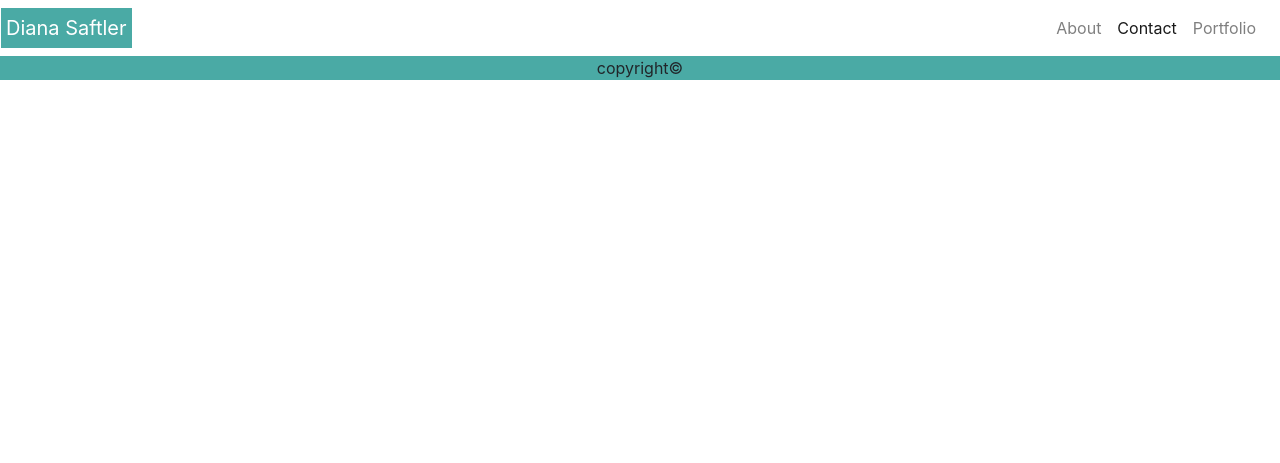
Repository: dsaftler/Bootstrap-Portfolio
Page: contact.html
The author's editor kept a copy of each file at every save. The page is drawn from the files as they stood at one save, then again after the next save.
The browser window is 1280 px wide. The pictures show the whole page.

Above is the page before, as saved 2019-03-21 00:53:19.

### contact.html
<!DOCTYPE html>
<html lang="en">
<head>
  <meta charset="UTF-8">
  <meta name="viewport" content="width=device-width, initial-scale=1.0">
  <meta http-equiv="X-UA-Compatible" content="ie=edge">
  <link rel="stylesheet" href="https://stackpath.bootstrapcdn.com/bootstrap/4.1.3/css/bootstrap.min.css" integrity="sha384-MCw98/SFnGE8fJT3GXwEOngsV7Zt27NXFoaoApmYm81iuXoPkFOJwJ8ERdknLPMO" crossorigin="anonymous">
  <link rel="icon" href="assets/images/Peony.jpg" type="image/jpg" sizes="16x16">
  <title>Contact</title>
</head>
<body>
    <nav class="navbar navbar-expand-lg navbar-light" >
        <a class="navbar-brand"  style="background-color: #4aaaa5; color: white; padding-right: 5px; padding-left: 5px; margin-left: -15px" href="#"> Diana Saftler </a>
        <button class="navbar-toggler" type="button" data-toggle="collapse" data-target="#navbarSupportedContent" aria-controls="navbarSupportedContent" aria-expanded="false" aria-label="Toggle navigation">
          <span class="navbar-toggler-icon"></span>
        </button>

        <div class="collapse navbar-collapse" id="navbarSupportedContent">
          <ul class="navbar-nav ml-auto">
            <li class="nav-item">
              <a class="nav-link" href="index.html">About</a>
            </li>
            <li class="nav-item active">
              <a class="nav-link" href="contact.html">Contact<span class="sr-only">(current)</span></a>
            </li>
            <li class="nav-item">
                <a class="nav-link"  href="portfolio.html">Portfolio</a>
             </li>
          </ul>
        </div>
      </nav>
      <div class="container">

      </div>
      <footer class="footer text-center"; style="background-color:#4aaaa5">
          <div class="container" >
            <span >copyright&copy</span>
          </div>
     </footer>


</body>
</html>

After the next save:
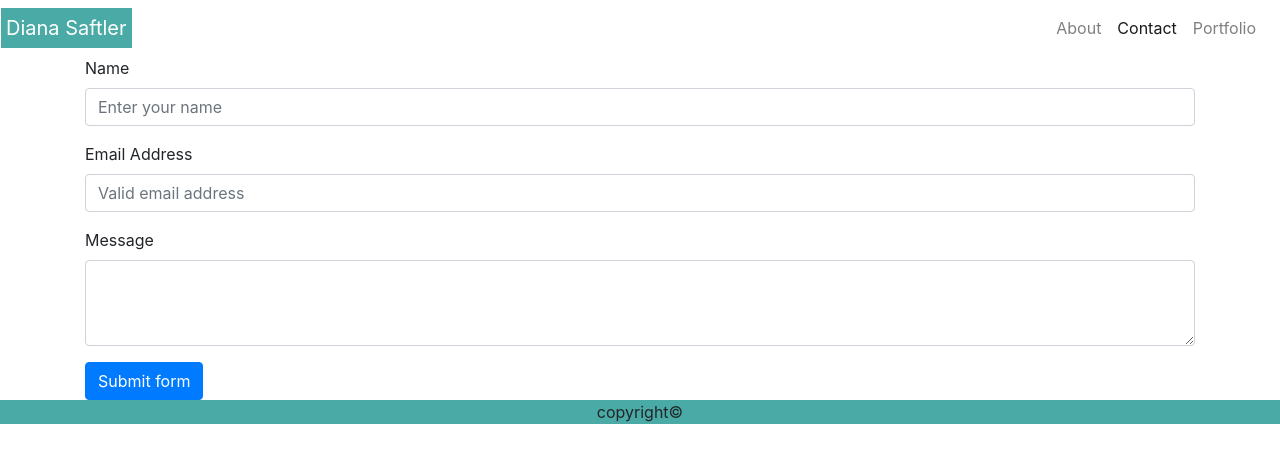
Saved 8 min 47 s later.
--- a/contact.html
+++ b/contact.html
@@ -30,7 +30,21 @@
         </div>
       </nav>
       <div class="container">
-
+          <form>
+              <div class="form-group">
+                <label for="formGroupExampleInput">Name</label>
+                <input type="text" class="form-control" id="formGroupExampleInput" placeholder="Enter your name">
+              </div>
+              <div class="form-group">
+                <label for="formGroupExampleInput2">Email Address</label>
+                <input type="text" class="form-control" id="formGroupExampleInput2" placeholder="Valid email address">
+              </div>
+              <div class="form-group">
+                <label for="exampleFormControlTextarea1">Message</label>
+                <textarea class="form-control" id="exampleFormControlTextarea1" rows="3"></textarea>
+              </div>
+              <button class="btn btn-primary" type="submit">Submit form</button>
+            </form>
       </div>
       <footer class="footer text-center"; style="background-color:#4aaaa5">
           <div class="container" >
